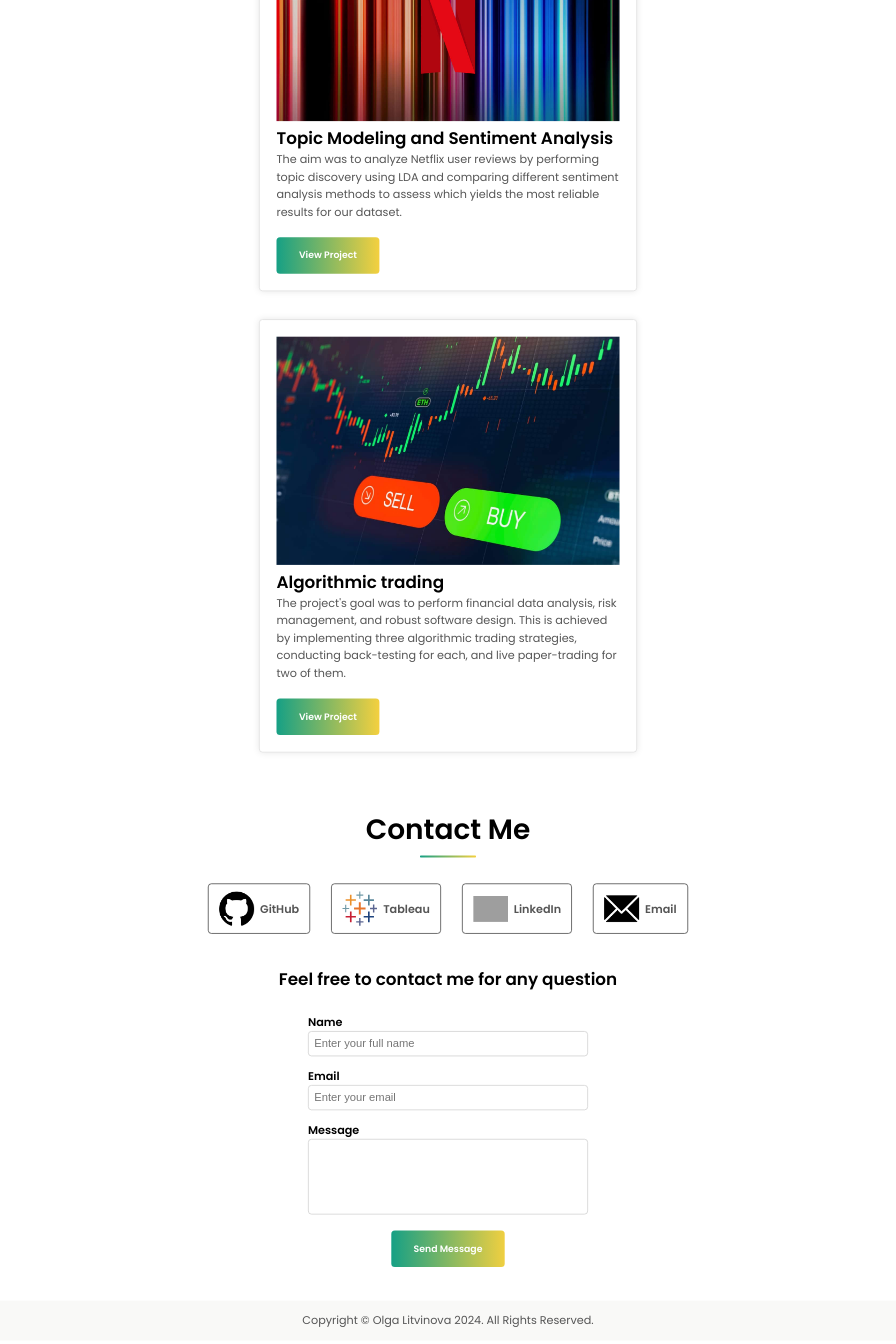
Repository: OlgaKuzminichna/CV
Page: index.html
These files come from the project's save history. The page is drawn as it stood at one moment and after the next save; the edit follows.
The browser window is 1280 px wide. The pictures show the part of the page from y = 2990 to 4910 px (the page is 4910 px tall before and 4428 px after), at 70% of full size.
Pictures or frames that could not be fetched are drawn as grey boxes.

Above is the page before, as saved 2025-01-05 01:01:13.

After the next save:
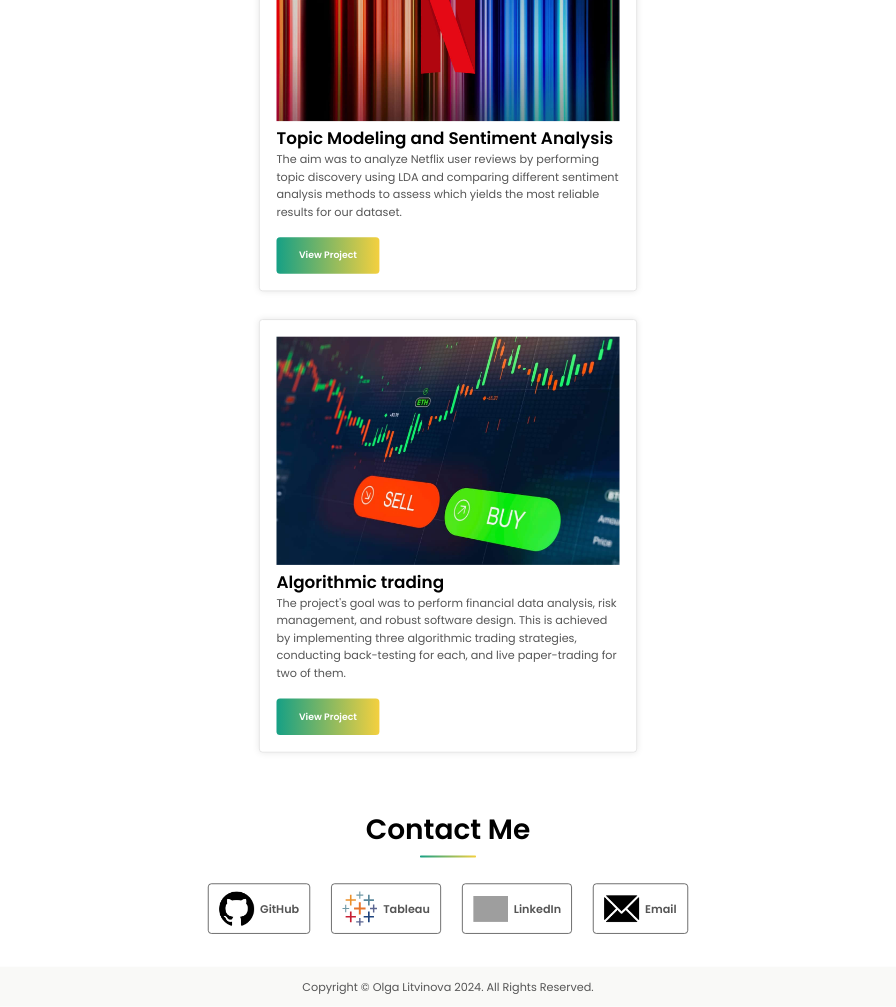
Saved 5 s later.
--- a/index.html
+++ b/index.html
@@ -218,7 +218,7 @@
                     <span>Email</span>
                 </a>
             </div>
-
+<!--
             <form class="contact-form">
             <h2>Feel free to contact me for any question </h2>
             <div class="form-field">
@@ -234,7 +234,7 @@
                 <textarea id="message" name="message" rows="5" required></textarea>
             </div>
             <button class="submit-btn form-field" onclick="sendMail()">Send Message</button>
-            </form>
+            </form> -->
 
         </section>
         <footer>
